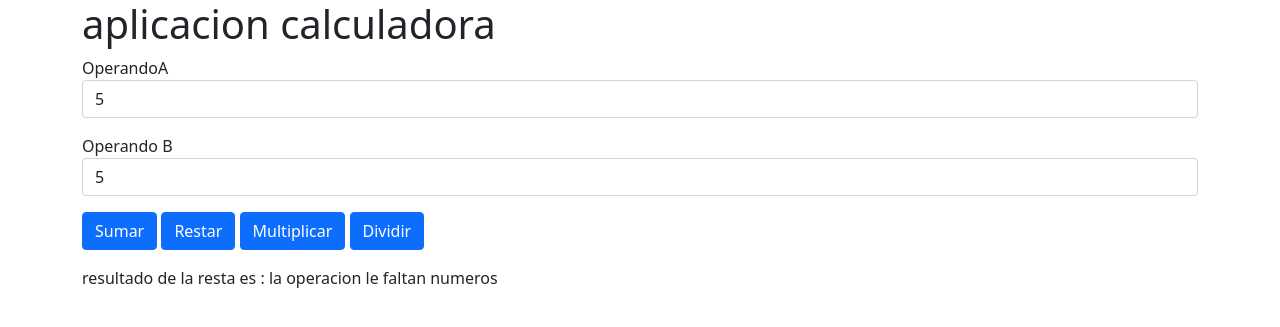
Repository: iwinser117/dw
Page: javascript udemy 43/ejercices/calculadora/index.html
These files come from the project's save history. The page is drawn as it stood at one moment and after the next save; the edit follows.
The browser window is 1280 px wide. The pictures show the whole page.
Empty fields were first filled with sample values (such as "Sample", 5 or name@example.com).
After loading, the first visible `button[onclick="dividir()"]` was clicked once.

Above is the page before, as saved 2022-10-02 12:18:13.

### javascript udemy 43/ejercices/calculadora/index.html
<!doctype html>
<html>

<head>
    <meta charset="utf-8">
    <meta name="viewport" content="width=device-width, initial-scale=1">
    <link href="https://cdn.jsdelivr.net/npm/bootstrap@5.1.3/dist/css/bootstrap.min.css" rel="stylesheet"
        integrity="sha384-1BmE4kWBq78iYhFldvKuhfTAU6auU8tT94WrHftjDbrCEXSU1oBoqyl2QvZ6jIW3" crossorigin="anonymous">

    <title>aplicacion calculadora</title>
</head>

<body>
    <div class="container">
        <h1 class="display-3s">aplicacion calculadora</h1>

        <form id="forma">
            <div class="mb-3">
                <label for="operandoA">OperandoA</label>
                <input type="number"  class="form-control" id="operandoA" placeholder="escribe operando A">
            </div>
            <div class="mb-3">
                <label for="operandoB">Operando B</label>
                <input type="number" class="form-control" placeholder="escribe operando B" id="operandoB">
            </div>


    </form>

    <div class="btn-fcn" >
        <button class="btn btn-primary mb-3" onclick="sumar()">Sumar</button>

        <button class="btn btn-primary mb-3" onclick="restar()">Restar</button>

        <button class="btn btn-primary mb-3" onclick="multiplicar()">Multiplicar</button>

        <button class="btn btn-primary mb-3" onclick="dividir()">Dividir</button>
    </div>

    <div id="resultadoResta"></div>
    <div id="resultado"></div>

    </div>
    </div>


    <script src="https://cdn.jsdelivr.net/npm/bootstrap@5.1.3/dist/js/bootstrap.bundle.min.js"
        integrity="sha384-ka7Sk0Gln4gmtz2MlQnikT1wXgYsOg+OMhuP+IlRH9sENBO0LRn5q+8nbTov4+1p"
        crossorigin="anonymous"></script>
    <script src="js/app.js"></script>
</body>

</html>

### javascript udemy 43/ejercices/calculadora/js/app.js
const forma = document.getElementById(`forma`);
let operandoA = forma[`operandoA`];
let operandoB = forma[`operandoB`];




function sumar(){
    let resultado = parseInt(operandoA.value) + parseInt(operandoB.value);
    if (isNaN(resultado))
        resultado = `la operacion le faltan numeros`;
    document.getElementById(`resultado`).innerHTML = `resultado de la suma es : ${resultado}`;
    console.log(`resultado de la suma es : ${resultado}`);
}



function restar(){
    let resultadoResta = parseInt(operandoA.value) - parseInt(operandoB.value);
    if (isNaN(resultadoResta))
        resultadoResta = `la operacion le faltan numeros`;
    document.getElementById(`resultadoResta`).innerHTML = `resultado de la resta es : ${resultadoResta}`;
    console.log(`resultado de la resta es : ${resultadoResta}`);
}

function dividir(){
    let resultadoDivision= parseInt(operandoA.value) / parseInt(operandoB.value);
    if (isNaN(resultadoResta))
        resultadoResta = `la operacion le faltan numeros`;
    document.getElementById(`resultadoResta`).innerHTML = `resultado de la resta es : ${resultadoResta}`;
    console.log(`resultado de la resta es : ${resultadoResta}`);
}

After the next save:
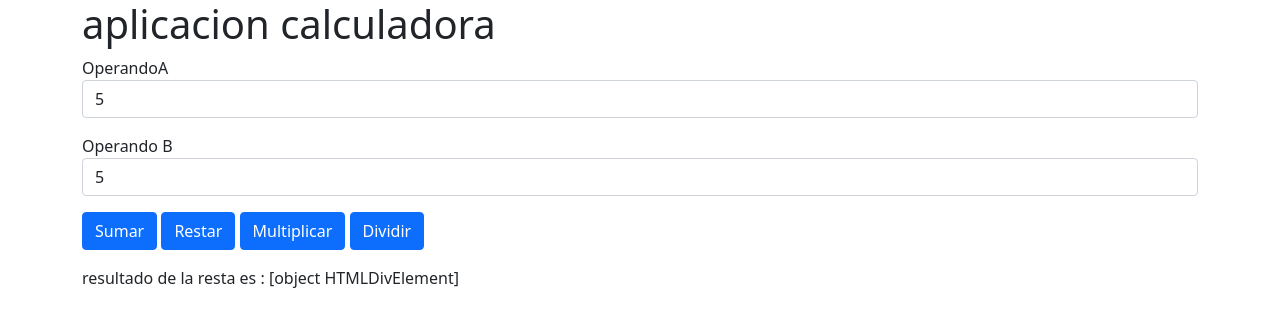
Saved 13 s later.
--- a/javascript udemy 43/ejercices/calculadora/js/app.js
+++ b/javascript udemy 43/ejercices/calculadora/js/app.js
@@ -25,7 +25,7 @@ function restar(){
 
 function dividir(){
     let resultadoDivision= parseInt(operandoA.value) / parseInt(operandoB.value);
-    if (isNaN(resultadoResta))
+    if (isNaN(resultadoDivision))
         resultadoResta = `la operacion le faltan numeros`;
     document.getElementById(`resultadoResta`).innerHTML = `resultado de la resta es : ${resultadoResta}`;
     console.log(`resultado de la resta es : ${resultadoResta}`);
